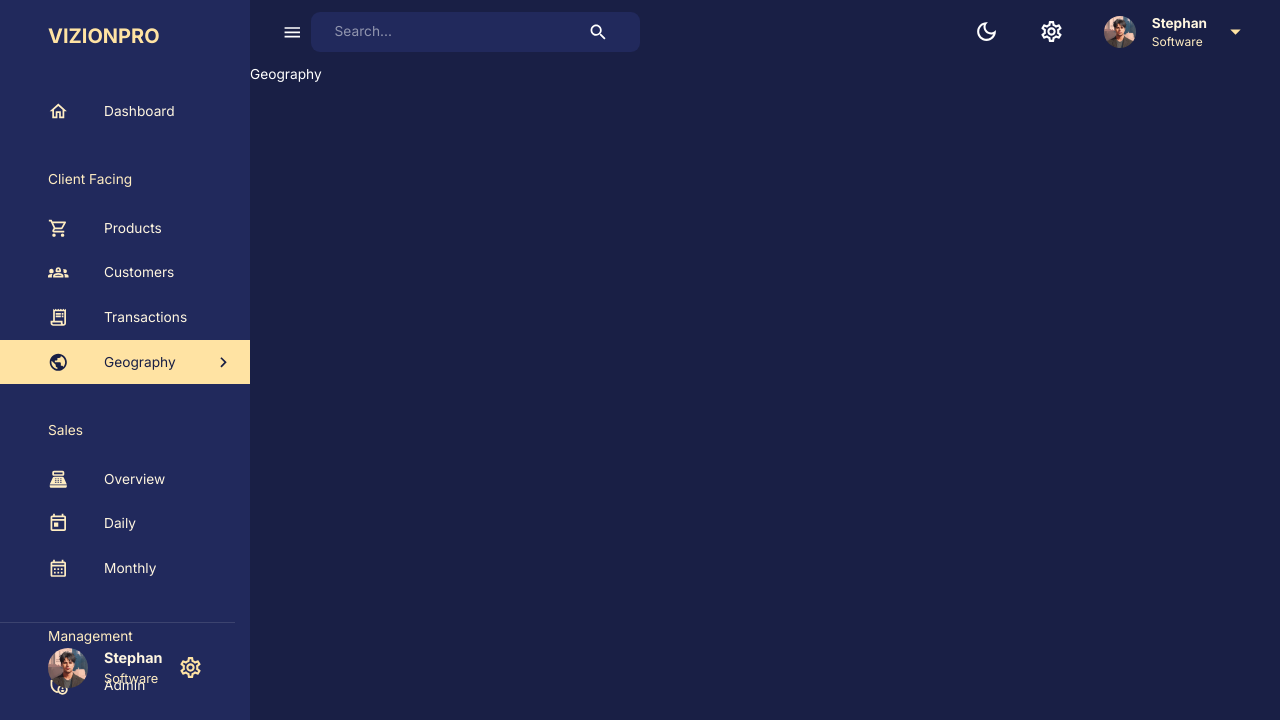
Repository: stephan-chiorean/dashboard
Page: /geography (app in client/)
The author's editor kept a copy of each file at every save. The page is drawn from the files as they stood at one save, then again after the next save.
The browser window is 1280 px wide. The pictures show the whole page.
The page's requests for data from a server got no answer. The project was rebuilt for these pictures with package versions that can differ from the ones it lists, and the page was loaded fresh each time. No one was signed in, and anything a server would have sent is missing. Also part of the build but not shown: client/src/scenes/dashboard/index.jsx, client/src/scenes/products/index.jsx, client/src/scenes/customers/index.jsx, client/src/components/DataGridCustomToolbar.jsx, client/src/scenes/transactions/index.jsx.

Above is the page before, as saved 2023-04-04 12:03:57.

### client/src/index.js
import React from 'react';
import ReactDOM from 'react-dom/client';
import './index.css';
import App from './App';
import { configureStore } from '@reduxjs/toolkit';
import globalReducer from 'state';
import { Provider } from 'react-redux';
import { setupListeners } from '@reduxjs/toolkit/query';
import {api} from "state/api"

const store = configureStore({
  reducer: {
    global: globalReducer,
    [api.reducerPath]: api.reducer,
  },
  middleware: (getDefault) => getDefault().concat(api.middleware)
});
setupListeners(store.dispatch);

const root = ReactDOM.createRoot(document.getElementById('root'));
root.render(
  <React.StrictMode>
    <Provider store={store}>
      <App />
    </Provider>
  </React.StrictMode>
);

// If you want to start measuring performance in your app, pass a function
// to log results (for example: reportWebVitals(console.log))
// or send to an analytics endpoint. Learn more: https://bit.ly/CRA-vitals

### client/src/index.css
@import url('https://fonts.googleapis.com/css2?family=Inter:wght@200;400;600;700&family=Space+Mono&display=swap');

html,
body,
#root,
.app {
    height: 100%;
    width: 100%;
    font-family: "Inter", sans-serif;
}

### client/src/App.js
import { CssBaseline, ThemeProvider } from '@mui/material';
import { createTheme } from '@mui/material/styles';
import { useMemo } from 'react';
import { useSelector } from 'react-redux';
import { BrowserRouter, Navigate, Route, Routes } from 'react-router-dom';
import { themeSettings } from 'theme';
import Dashboard from "scenes/dashboard";
import Layout from "scenes/layout";
import Products from "scenes/products";
import Customers from "scenes/customers";
import Transactions from "scenes/transactions";
import Geography from "scenes/geography";

function App() {
  const mode = useSelector((state) => state.global.mode);
  const theme = useMemo(() => createTheme(themeSettings(mode)), [mode]);
  return (
    <div className='app'>
      <BrowserRouter>
        <ThemeProvider theme={theme}>
          <CssBaseline />
          <Routes>
            <Route element={<Layout />}>
              <Route path="/" element={<Navigate to="/dashboard" replace />}/>
              <Route path="/dashboard" element={<Dashboard />}/>
              <Route path="/products" element={<Products />}/>
              <Route path="/customers" element={<Customers />}/>
              <Route path="/transactions" element={<Transactions />} />
              <Route path="/geography" element={<Geography />} />
            </Route>
          </Routes>
        </ThemeProvider>
      </BrowserRouter>
    </div>
  );
}

export default App;

### client/src/state/index.js
import { createSlice } from '@reduxjs/toolkit';

const initialState = {
  mode: 'dark',
  userId: "63701cc1f03239b7f700000e"
};

export const globalSlice = createSlice({
  name: 'global',
  initialState,
  reducers: {
    setMode: (state) => {
      state.mode = state.mode === 'light' ? 'dark' : 'light';
    },
  },
});

export const {setMode} = globalSlice.actions;

export default globalSlice.reducer;

### client/src/state/api.js
import { createApi, fetchBaseQuery } from '@reduxjs/toolkit/query/react';

export const api = createApi({
  baseQuery: fetchBaseQuery({ baseUrl: process.env.REACT_APP_BASE_URL }),
  reducerPath: 'adminApi',
  tagTypes: ["User", "Products", "Customers", "Transactions", "Geography"],
  endpoints: (build) => ({
    getUser: build.query({
      query: (id) => `general/user/${id}`,
      providesTags: ['User'],
    }),
    getProducts: build.query({
      query: () => 'client/products',
      providesTags: ["Products"],
    }),
    getCustomers: build.query({
      query: () => 'client/customers',
      providesTags: ["Customers"],
    }),
    getTransactions: build.query({
      query: ({page, pageSize, sort, search}) => ({
        url: "client/transactions",
        method: "GET",
        params: {page, pageSize, sort, search}
      }),
      providesTags: ["Transactions"]
    }),
    getGeography: build.query({
      query: () => 'client/geography',
      providesTags: ["Geography"]
    })
  }),
});

export const { useGetUserQuery, useGetProductsQuery, useGetCustomersQuery, useGetTransactionsQuery, useGetGeographyQuery } = api;

### client/src/theme.js
// color design tokens export
export const tokensDark = {
    grey: {
      0: "#ffffff", // manually adjusted
      10: "#f6f6f6", // manually adjusted
      50: "#f0f0f0", // manually adjusted
      100: "#e0e0e0",
      200: "#c2c2c2",
      300: "#a3a3a3",
      400: "#858585",
      500: "#666666",
      600: "#525252",
      700: "#3d3d3d",
      800: "#292929",
      900: "#141414",
      1000: "#000000", // manually adjusted
    },
    primary: {
      // blue
      100: "#d3d4de",
      200: "#a6a9be",
      300: "#7a7f9d",
      400: "#4d547d",
      500: "#21295c",
      600: "#191F45", // manually adjusted
      700: "#141937",
      800: "#0d1025",
      900: "#070812",
    },
    secondary: {
      // yellow
      50: "#f0f0f0", // manually adjusted
      100: "#fff6e0",
      200: "#ffedc2",
      300: "#ffe3a3",
      400: "#ffda85",
      500: "#ffd166",
      600: "#cca752",
      700: "#997d3d",
      800: "#665429",
      900: "#332a14",
    },
  };

  // function that reverses the color palette
  function reverseTokens(tokensDark) {
    const reversedTokens = {};
    Object.entries(tokensDark).forEach(([key, val]) => {
      const keys = Object.keys(val);
      const values = Object.values(val);
      const length = keys.length;
      const reversedObj = {};
      for (let i = 0; i < length; i++) {
        reversedObj[keys[i]] = values[length - i - 1];
      }
      reversedTokens[key] = reversedObj;
    });
    return reversedTokens;
  }
  export const tokensLight = reverseTokens(tokensDark);

  // mui theme settings
  export const themeSettings = (mode) => {
    return {
      palette: {
        mode: mode,
        ...(mode === "dark"
          ? {
              // palette values for dark mode
              primary: {
                ...tokensDark.primary,
                main: tokensDark.primary[400],
                light: tokensDark.primary[400],
              },
              secondary: {
                ...tokensDark.secondary,
                main: tokensDark.secondary[300],
              },
              neutral: {
                ...tokensDark.grey,
                main: tokensDark.grey[500],
              },
              background: {
                default: tokensDark.primary[600],
                alt: tokensDark.primary[500],
              },
            }
          : {
              // palette values for light mode
              primary: {
                ...tokensLight.primary,
                main: tokensDark.grey[50],
                light: tokensDark.grey[100],
              },
              secondary: {
                ...tokensLight.secondary,
                main: tokensDark.secondary[600],
                light: tokensDark.secondary[700],
              },
              neutral: {
                ...tokensLight.grey,
                main: tokensDark.grey[500],
              },
              background: {
                default: tokensDark.grey[0],
                alt: tokensDark.grey[50],
              },
            }),
      },
      typography: {
        fontFamily: ["Inter", "sans-serif"].join(","),
        fontSize: 12,
        h1: {
          fontFamily: ["Inter", "sans-serif"].join(","),
          fontSize: 40,
        },
        h2: {
          fontFamily: ["Inter", "sans-serif"].join(","),
          fontSize: 32,
        },
        h3: {
          fontFamily: ["Inter", "sans-serif"].join(","),
          fontSize: 24,
        },
        h4: {
          fontFamily: ["Inter", "sans-serif"].join(","),
          fontSize: 20,
        },
        h5: {
          fontFamily: ["Inter", "sans-serif"].join(","),
          fontSize: 16,
        },
        h6: {
          fontFamily: ["Inter", "sans-serif"].join(","),
          fontSize: 14,
        },
      },
    };
  };

### client/src/scenes/layout/index.jsx
import { Box, useMediaQuery } from '@mui/material';
import React from 'react';
import { useState } from 'react';
import { useSelector } from 'react-redux';
import { Outlet } from 'react-router-dom';
import Navbar from 'components/Navbar';
import Sidebar from 'components/Sidebar';
import { useGetUserQuery } from 'state/api';

const Layout = () => {
  const isNonMobile = useMediaQuery('(min-width: 600px)');
  const [sideOpen, setSideOpen] = useState(true);
  const userId = useSelector((state) => state.global.userId);

  const {data} = useGetUserQuery(userId);



  return (
    <Box display={isNonMobile ? 'flex' : 'block'} width='100%' height='100%'>
      <Sidebar
        user={data || {}}
        isNonMobile={isNonMobile}
        drawerWidth='250px'
        sideOpen={sideOpen}
        setSideOpen={setSideOpen}
      />
      <Box flexGrow={1}>
        <Navbar
        user={data || {}}
        sideOpen={sideOpen}
        setSideOpen={setSideOpen} />
        <Outlet />
      </Box>
    </Box>
  );
};

export default Layout;

### client/src/scenes/geography/index.jsx
import React from 'react'
import { Box, useTheme } from '@mui/material'
import { useGetGeographyQuery } from 'state/api'
import Header from 'components/Header'
import { ResponsiveChoropleth } from '@nivo/geo'
import { geoData } from 'state/geoData'

const Geography = () => {
    const theme = useTheme()
    const {data} = useGetGeographyQuery();
  return (
    <div>Geography</div>
  )
}

export default Geography

### client/src/components/Navbar.jsx
import {
  DarkModeOutlined,
  LightModeOutlined,
  Menu as MenuIcon,
  Search,
  SettingsOutlined,
  ArrowDropDownOutlined,
} from '@mui/icons-material';
import FlexBetween from 'components/FlexBetween';
import { useDispatch } from 'react-redux';
import { setMode } from 'state';
import profileImage from 'assets/profile.jpeg';
import React, { useState } from 'react';
import {
  AppBar,
  Toolbar,
  useTheme,
  IconButton,
  InputBase,
  Button,
  MenuItem,
  Box,
  Typography,
  Menu,
} from '@mui/material';

const Navbar = ({ user, sideOpen, setSideOpen }) => {
  const dispatch = useDispatch();
  const theme = useTheme();

  const [anchorEl, setAnchorEl] = useState(null);
  const isOpen = Boolean(anchorEl);
  const handleClick = (event) => {
    setAnchorEl(event.currentTarget);
  };
  const handleClose = () => setAnchorEl(null);

  return (
    <AppBar
      sx={{
        position: 'static',
        background: 'none',
        boxShadow: 'none',
      }}
    >
      <Toolbar sx={{ justifyContent: 'space-between' }}>
        {/* Left Side */}
        <FlexBetween>
          <IconButton onClick={() => setSideOpen(!sideOpen)}>
            <MenuIcon />
          </IconButton>
          <FlexBetween
            backgroundColor={theme.palette.background.alt}
            borderRadius='9px'
            gap='3rem'
            p='0.1rem 1.5rem'
          >
            <InputBase placeholder='Search...' />
            <IconButton>
              <Search />
            </IconButton>
          </FlexBetween>
        </FlexBetween>

        {/* Right Side */}
        <FlexBetween gap='1.5rem'>
          <IconButton onClick={() => dispatch(setMode())}>
            {theme.palette.mode === 'dark' ? (
              <DarkModeOutlined sx={{ fontSize: '25px' }} />
            ) : (
              <LightModeOutlined sx={{ fontSize: '25px' }} />
            )}
          </IconButton>
          <IconButton>
            <SettingsOutlined sx={{ fontSize: '25px' }} />
          </IconButton>
          <FlexBetween>
            <Button
              onClick={handleClick}
              sx={{
                display: 'flex',
                justifyContent: 'space-between',
                alignItems: 'center',
                textTransform: 'none',
                gap: '1rem',
              }}
            >
              <Box
                component='img'
                alt='profile'
                src={profileImage}
                height='32px'
                width='32px'
                borderRadius='50%'
                sx={{ objectFit: 'cover' }}
              />
              <Box textAlign='left'>
                <Typography
                  fontWeight='bold'
                  fontSize='0.85rem'
                  sx={{ color: theme.palette.secondary[100] }}
                >
                  Stephan
                </Typography>
                <Typography
                  fontSize='0.75rem'
                  sx={{ color: theme.palette.secondary[200] }}
                >
                  Software
                </Typography>
              </Box>
              <ArrowDropDownOutlined
                sx={{ color: theme.palette.secondary[300], fontSize: '25px' }}
              />
            </Button>
            <Menu anchorEl={anchorEl} open={isOpen} onClose={handleClose} anchorOrigin={{vertical: "bottom", horizontal: "center"}}>
              <MenuItem onClick={handleClose}>Log Out</MenuItem>
            </Menu>
          </FlexBetween>
        </FlexBetween>
      </Toolbar>
    </AppBar>
  );
};

export default Navbar;

### client/src/components/Sidebar.jsx
import React, { useState } from 'react';
import {
  Box,
  Divider,
  Drawer,
  IconButton,
  List,
  ListItem,
  ListItemButton,
  ListItemIcon,
  ListItemText,
  Typography,
  useTheme,
} from '@mui/material';
import {
  SettingsOutlined,
  ChevronLeft,
  ChevronRightOutlined,
  HomeOutlined,
  ShoppingCartOutlined,
  Groups2Outlined,
  ReceiptLongOutlined,
  PublicOutlined,
  PointOfSaleOutlined,
  TodayOutlined,
  CalendarMonthOutlined,
  AdminPanelSettingsOutlined,
  TrendingUpOutlined,
  PieChartOutlined,
} from '@mui/icons-material';
import { useEffect } from 'react';
import { useLocation, useNavigate } from 'react-router-dom';
import FlexBetween from './FlexBetween';
import profileImage from 'assets/profile.jpeg';

const navItems = [
  {
    text: 'Dashboard',
    icon: <HomeOutlined />,
  },
  {
    text: 'Client Facing',
    icon: null,
  },
  {
    text: 'Products',
    icon: <ShoppingCartOutlined />,
  },
  {
    text: 'Customers',
    icon: <Groups2Outlined />,
  },
  {
    text: 'Transactions',
    icon: <ReceiptLongOutlined />,
  },
  {
    text: 'Geography',
    icon: <PublicOutlined />,
  },
  {
    text: 'Sales',
    icon: null,
  },
  {
    text: 'Overview',
    icon: <PointOfSaleOutlined />,
  },
  {
    text: 'Daily',
    icon: <TodayOutlined />,
  },
  {
    text: 'Monthly',
    icon: <CalendarMonthOutlined />,
  },
  {
    text: 'Management',
    icon: null,
  },
  {
    text: 'Admin',
    icon: <AdminPanelSettingsOutlined />,
  },
  {
    text: 'Performance',
    icon: <TrendingUpOutlined />,
  },
];

const Sidebar = ({ user, drawerWidth, sideOpen, setSideOpen, isNonMobile }) => {
  const { pathname } = useLocation();
  const [active, setActive] = useState('');
  const navigate = useNavigate();
  const theme = useTheme();

  useEffect(() => {
    setActive(pathname.substring(1));
  }, [pathname]);

  return (
    <Box component='nav'>
      {sideOpen && (
        <Drawer
          open={sideOpen}
          onClose={() => setSideOpen(false)}
          variant='persistent'
          anchor='left'
          sx={{
            width: drawerWidth,
            '& .MuiDrawer-paper': {
              color: theme.palette.secondary[200],
              backgroundColor: theme.palette.background.alt,
              boxSizing: 'border-box',
              borderWidth: isNonMobile ? 0 : '2px',
              width: drawerWidth,
            },
          }}
        >
          <Box width='100%'>
            <Box m='1.5rem 2rem 2rem 3rem'>
              <FlexBetween color={theme.palette.secondary.main}>
                <Box display='flex' alignItems='center' gap='0.5rem'>
                  <Typography variant='h4' fontWeight='bold'>
                    VIZIONPRO
                  </Typography>
                </Box>
                {!isNonMobile && (
                  <IconButton onClick={() => setSideOpen(!sideOpen)}>
                    <ChevronLeft />
                  </IconButton>
                )}
              </FlexBetween>
            </Box>
            <List>
              {navItems.map(({ text, icon }) => {
                if (!icon) {
                  return (
                    <Typography key={text} sx={{ m: '2.25rem 0 1rem 3rem' }}>
                      {text}
                    </Typography>
                  );
                }
                const lcText = text.toLowerCase();
                return (
                  <ListItem key={text} disablePadding>
                    <ListItemButton
                      onClick={() => {
                        navigate(`/${lcText}`);
                        setActive(lcText);
                      }}
                      sx={{
                        backgroundColor:
                          active === lcText
                            ? theme.palette.secondary[300]
                            : 'transparent',
                        color:
                          active === lcText
                            ? theme.palette.primary[600]
                            : theme.palette.secondary[100],
                        '&:hover': {
                          backgroundColor:
                            active === lcText
                              ? theme.palette.secondary[300]
                              : theme.palette.primary[700], // Set background color for hover
                        },
                      }}
                    >
                      <ListItemIcon
                        sx={{
                          ml: '2rem',
                          color:
                            active === lcText
                              ? theme.palette.primary[600]
                              : theme.palette.secondary[200],
                        }}
                      >
                        {icon}
                      </ListItemIcon>
                      <ListItemText primary={text} />
                      {active === lcText && (
                        <ChevronRightOutlined sx={{ ml: 'auto' }} />
                      )}
                    </ListItemButton>
                  </ListItem>
                );
              })}
            </List>
          </Box>
          <Box position='absolute' bottom='2rem'>
            <Divider />
            <FlexBetween textTransform='none' gap='1rem' m='1.5rem 2rem 0 3rem'>
              <Box
                component='img'
                alt='profile'
                src={profileImage}
                height='40px'
                width='40px'
                borderRadius='50%'
                sx={{ objectFit: 'cover' }}
              />
              <Box textAlign='left'>
                <Typography
                  fontWeight='bold'
                  fontSize='0.9rem'
                  sx={{ color: theme.palette.secondary[100] }}
                >
                  Stephan
                </Typography>
                <Typography
                  fontSize='0.8rem'
                  sx={{ color: theme.palette.secondary[200] }}
                >
                  Software
                </Typography>
              </Box>
              <SettingsOutlined
                sx={{ color: theme.palette.secondary[300], fontSize: '25px' }}
              />
            </FlexBetween>
          </Box>
        </Drawer>
      )}
    </Box>
  );
};

export default Sidebar;

### client/src/components/FlexBetween.jsx
const { Box } = require("@mui/material");
const { styled } = require("@mui/system");

const FlexBetween = styled(Box)({
    display:"flex",
    justifyContent: "space-between",
    alignItems: "center"
});

export default FlexBetween;

### client/src/components/Header.jsx
import {Typography, Box, useTheme} from "@mui/material"

import React from 'react'

const Header = ({title, subtitle}) => {
    const theme = useTheme();
  return (
    <Box>
        <Typography variant="h2" color={theme.palette.secondary[100]} fontWeight="bold" sx={{mb: "5px"}}>
            {title}
        </Typography>
        <Typography variant="h5" color={theme.palette.secondary[300]}>
            {subtitle}
        </Typography>
    </Box>
  )
}

export default Header

Loaded but not shown: client/public/index.html (common file); client/src/state/geoData.js (library)

After the next save:
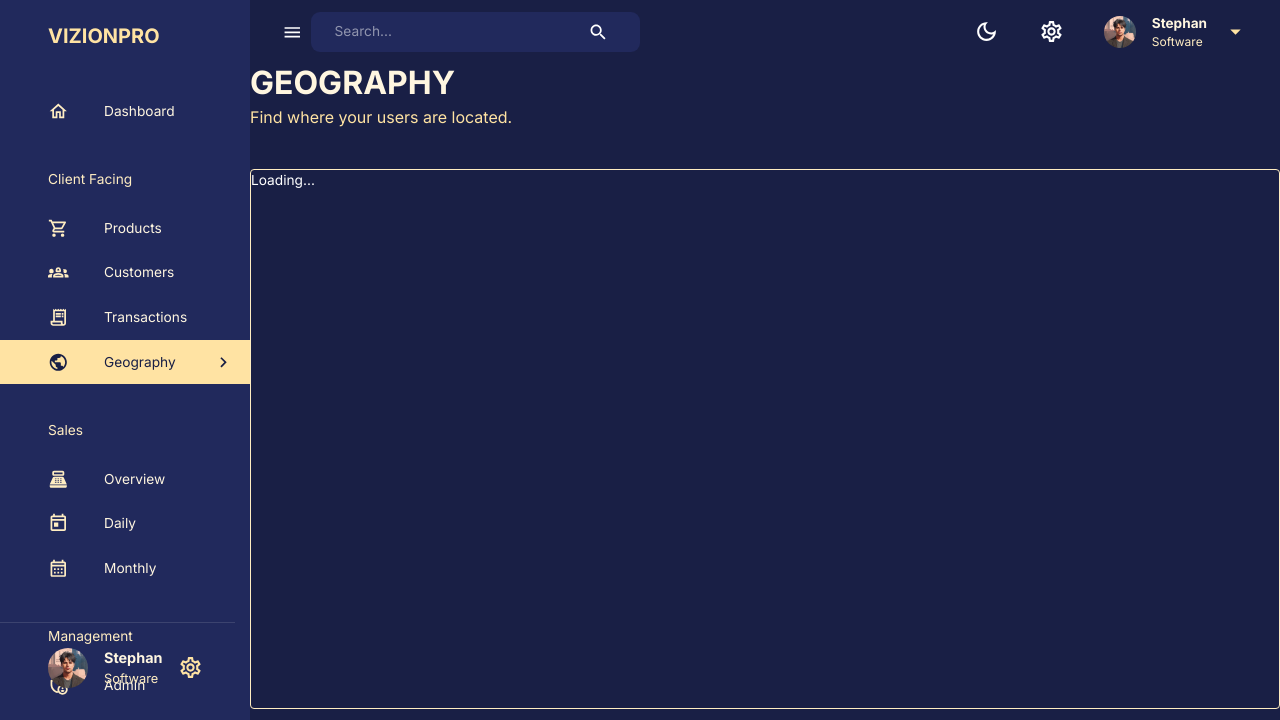
Saved 4 min 50 s later.
--- a/client/src/scenes/geography/index.jsx
+++ b/client/src/scenes/geography/index.jsx
@@ -1,16 +1,119 @@
-import React from 'react'
-import { Box, useTheme } from '@mui/material'
-import { useGetGeographyQuery } from 'state/api'
-import Header from 'components/Header'
-import { ResponsiveChoropleth } from '@nivo/geo'
-import { geoData } from 'state/geoData'
+import React from 'react';
+import { Box, useTheme } from '@mui/material';
+import { useGetGeographyQuery } from 'state/api';
+import Header from 'components/Header';
+import { ResponsiveChoropleth } from '@nivo/geo';
+import { geoData } from 'state/geoData';
 
 const Geography = () => {
-    const theme = useTheme()
-    const {data} = useGetGeographyQuery();
+  const theme = useTheme();
+  const { data } = useGetGeographyQuery();
   return (
-    <div>Geography</div>
-  )
-}
+    <Box n='1.5rem 2.5rem'>
+      <Header title='GEOGRAPHY' subtitle='Find where your users are located.' />
+      <Box
+        mt='40px'
+        height='75vh'
+        border={`1px solid ${theme.palette.secondary[200]}`}
+        borderRadius="4px"
+      >
+        {data ? <ResponsiveChoropleth
+        data={data}
+        features="/* please have a look at the description for usage */"
+        margin={{ top: 0, right: 0, bottom: 0, left: 0 }}
+        colors="nivo"
+        domain={[ 0, 1000000 ]}
+        unknownColor="#666666"
+        label="properties.name"
+        valueFormat=".2s"
+        projectionTranslation={[ 0.5, 0.5 ]}
+        projectionRotation={[ 0, 0, 0 ]}
+        graticuleLineColor="#dddddd"
+        borderWidth={0.5}
+        borderColor="#152538"
+        defs={[
+            {
+                id: 'dots',
+                type: 'patternDots',
+                background: 'inherit',
+                color: '#38bcb2',
+                size: 4,
+                padding: 1,
+                stagger: true
+            },
+            {
+                id: 'lines',
+                type: 'patternLines',
+                background: 'inherit',
+                color: '#eed312',
+                rotation: -45,
+                lineWidth: 6,
+                spacing: 10
+            },
+            {
+                id: 'gradient',
+                type: 'linearGradient',
+                colors: [
+                    {
+                        offset: 0,
+                        color: '#000'
+                    },
+                    {
+                        offset: 100,
+                        color: 'inherit'
+                    }
+                ]
+            }
+        ]}
+        fill={[
+            {
+                match: {
+                    id: 'CAN'
+                },
+                id: 'dots'
+            },
+            {
+                match: {
+                    id: 'CHN'
+                },
+                id: 'lines'
+            },
+            {
+                match: {
+                    id: 'ATA'
+                },
+                id: 'gradient'
+            }
+        ]}
+        legends={[
+            {
+                anchor: 'bottom-left',
+                direction: 'column',
+                justify: true,
+                translateX: 20,
+                translateY: -100,
+                itemsSpacing: 0,
+                itemWidth: 94,
+                itemHeight: 18,
+                itemDirection: 'left-to-right',
+                itemTextColor: '#444444',
+                itemOpacity: 0.85,
+                symbolSize: 18,
+                effects: [
+                    {
+                        on: 'hover',
+                        style: {
+                            itemTextColor: '#000000',
+                            itemOpacity: 1
+                        }
+                    }
+                ]
+            }
+        ]}
+    /> : <>Loading...</>}
+      </Box>
+    </Box>
+  );
+};
 
-export default Geography
+export default Geography;
